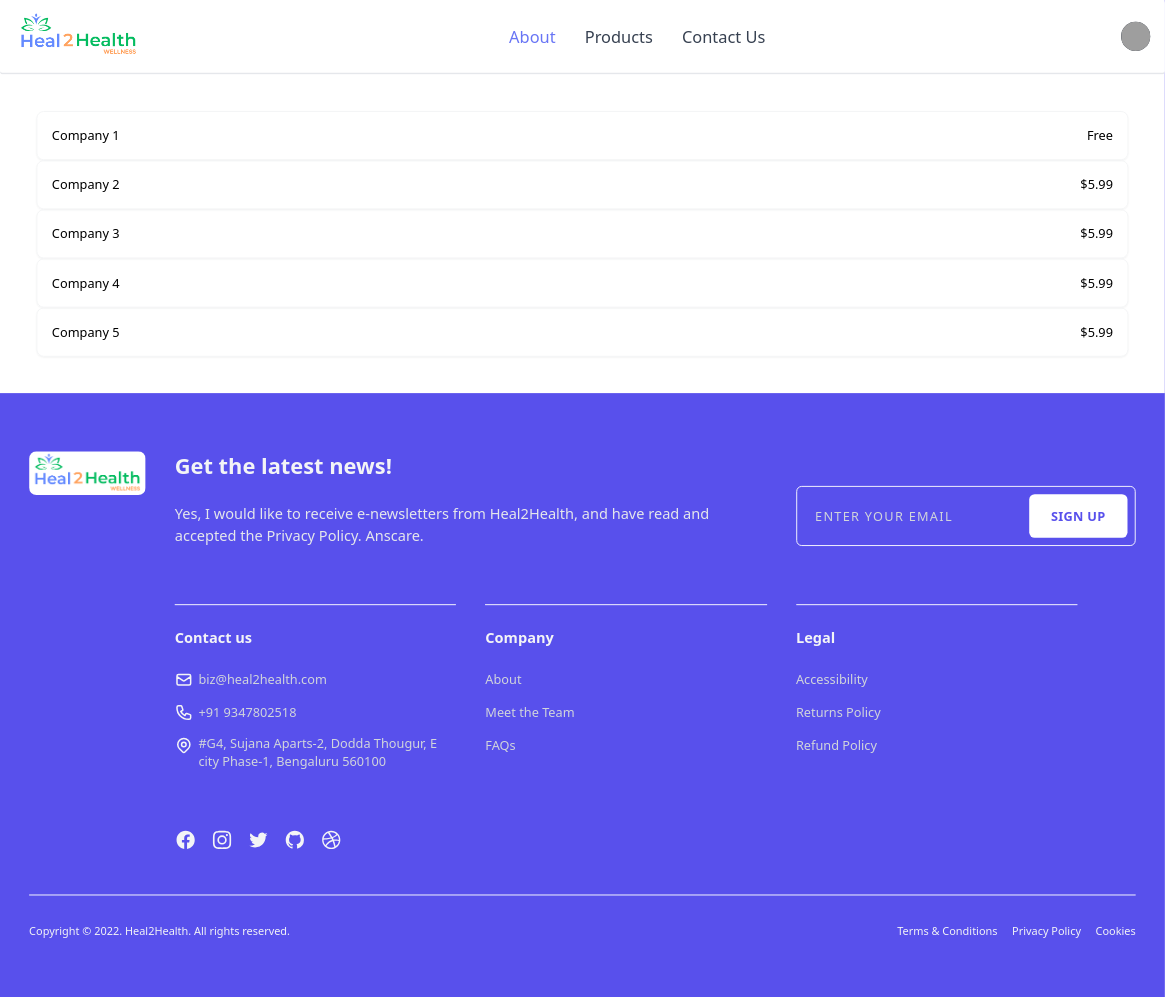
Repository: Akash123-coder/H2H
Page: /SignUp (app in Frontend/)
These files come from the project's save history. The page is drawn as it stood at one moment and after the next save; the edit follows.
The browser window is 1280 px wide. The pictures show the whole page, at 91% of full size.
Pictures or frames that could not be fetched are drawn as grey boxes. The project was rebuilt for these pictures with package versions that can differ from the ones it lists, and the page was loaded fresh each time. Also part of the build but not shown: Frontend/vite.config.ts, Frontend/src/pages/About.tsx, Frontend/src/components/Cta.jsx, Frontend/src/pages/Home.tsx, Frontend/src/components/Buttonsm.tsx, Frontend/src/components/Buttonrm.tsx, Frontend/src/components/Product.tsx, Frontend/src/pages/Prescription.jsx and 2 more.

Above is the page before, as saved 2022-09-27 17:16:52.

After the next save:
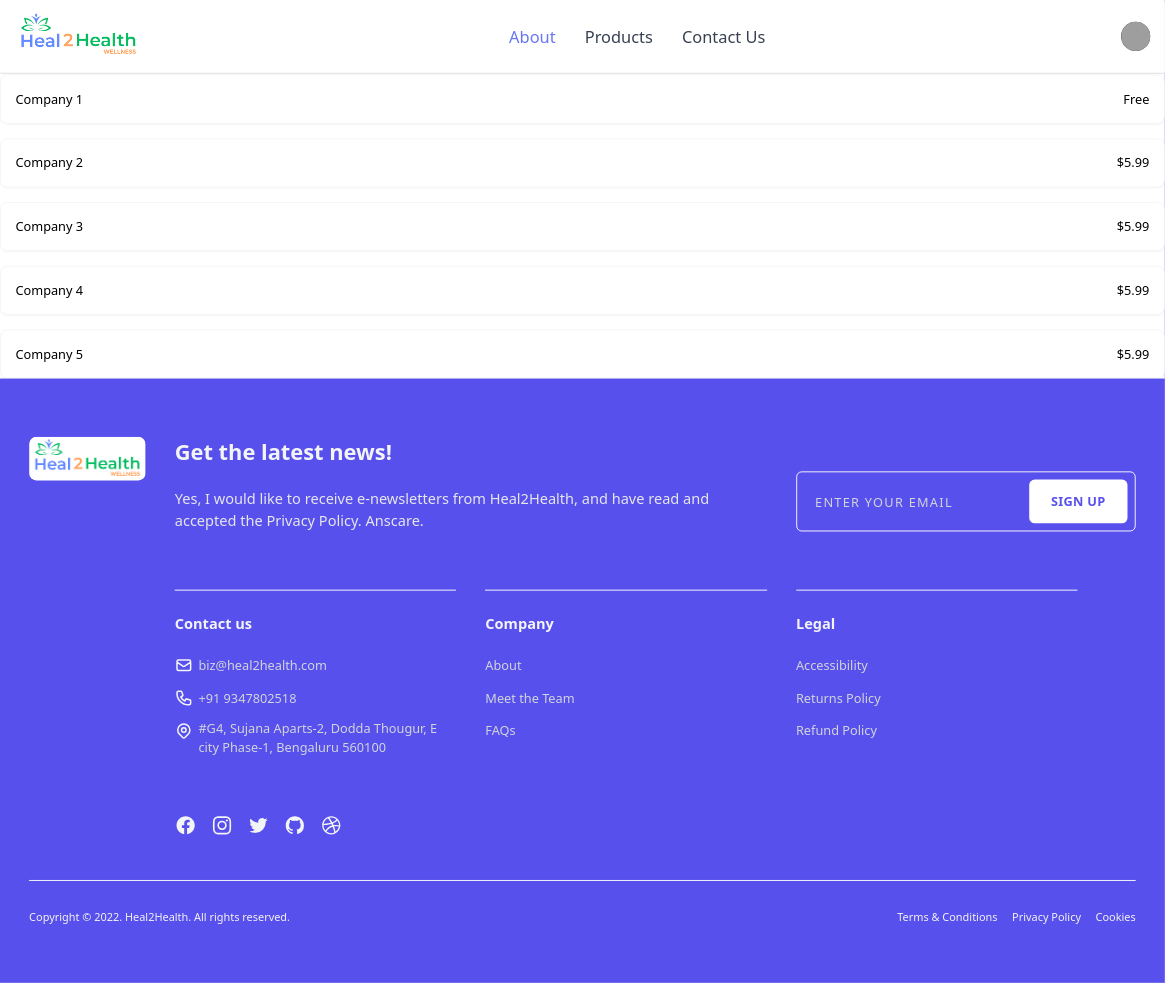
Saved 24 s later.
--- a/Frontend/src/pages/CompanyNameSelect.jsx
+++ b/Frontend/src/pages/CompanyNameSelect.jsx
@@ -3,7 +3,7 @@
 function CompanyNameSelect() {
   return (
     <div>
-      <div class="p-10 ">
+      <div class="space-y-4 ">
         <div>
           <input
             class="hidden peer"
@@ -22,6 +22,7 @@
             <span> Free </span>
           </label>
         </div>
+
         <div>
           <input
             class="hidden peer"
